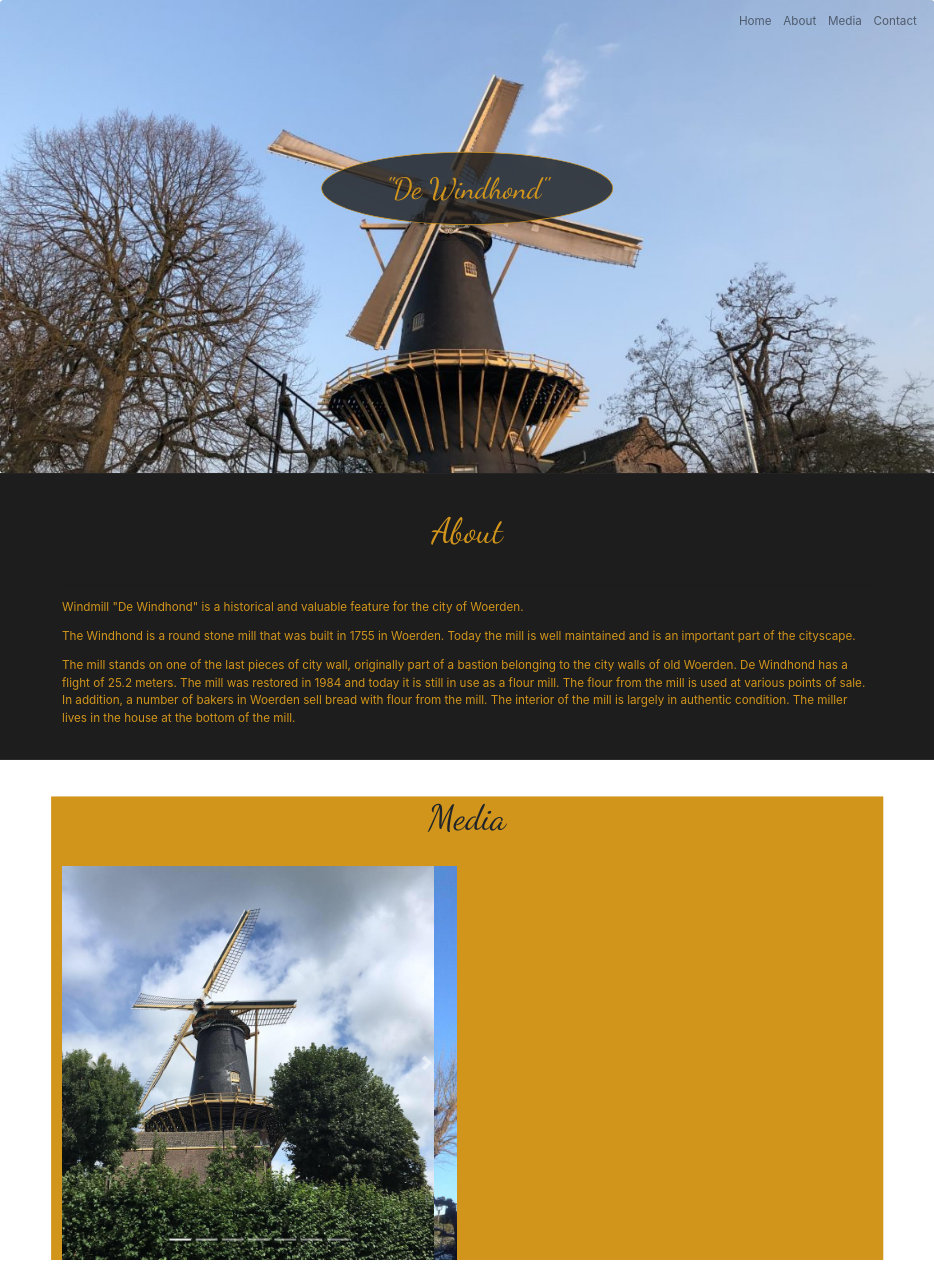
Repository: jdl208/DeWindhond
Page: index.html
The author's editor kept a record of every edit. The page is drawn from the files as they stood at one moment, then again after the next edit.
The browser window is 1280 px wide. The pictures show the whole page, at 73% of full size.
Pictures or frames that could not be fetched are drawn as grey boxes. Some web libraries are served in a nearby version.

Above is the page before.

### index.html
<!DOCTYPE html>
<html lang="en">

<head>
    <meta charset="UTF-8">
    <meta name="viewport" content="width=device-width, initial-scale=1.0">
    <meta http-equiv="X-UA-Compatible" content="ie=edge">
    <title>Windmill "De Windhond"</title>
    <link rel="stylesheet" href="https://stackpath.bootstrapcdn.com/bootstrap/4.3.1/css/bootstrap.min.css" integrity="sha384-ggOyR0iXCbMQv3Xipma34MD+dH/1fQ784/j6cY/iJTQUOhcWr7x9JvoRxT2MZw1T" crossorigin="anonymous">
    <link href="https://fonts.googleapis.com/css?family=Dancing+Script:400,700&display=swap" rel="stylesheet">
    <link rel="stylesheet" href="assets/css/style.css" type="text/css" />

</head>

<body>

    <!-- Header and Navigation-->

    <header class="jumbotron" id="home">
        <nav class="navbar fixed-top navbar-expand-lg navbar-light">
            <div class="navbar-brand" href="#"></div>
            <button class="navbar-toggler" type="button" data-toggle="collapse" data-target="#navbarTogglerDemo02" aria-controls="navbarTogglerDemo02" aria-expanded="false" aria-label="Toggle navigation">
                <span class="navbar-toggler-icon"></span>
            </button>

            <div class="collapse navbar-collapse" id="navbarTogglerDemo02">
                <ul class="navbar-nav ml-auto mt-2 mt-lg-0">
                    <li class="nav-item ml-auto">
                        <a class="nav-link" href="#home">Home <span class="sr-only">(current)</span></a>
                    </li>
                    <li class="nav-item ml-auto">
                        <a class="nav-link" href="#about">About</a>
                    </li>
                    <li class="nav-item ml-auto">
                        <a class="nav-link" href="#media">Media</a>
                    </li>
                    <li class="nav-item ml-auto">
                        <a class="nav-link" href="#contact">Contact</a>
                    </li>
                </ul>
            </div>
        </nav>
        <h1 class="name">"De Windhond"
        </h1>
    </header>

    <!-- About the Mill -->

    <section class="dark-bg-yellow-letters sectioncontainer" id="about">
        <div class="container about">
            <h2>About</h2>
            <hr>
            <p>Windmill "De Windhond" is a historical and valuable feature for the city of Woerden.</P>
            <p>The Windhond is a round stone mill that was built in 1755 in Woerden. Today the mill is well maintained and is an important part of the cityscape.</p>
            <p>The mill stands on one of the last pieces of city wall, originally part of a bastion belonging to the city walls of old Woerden. De Windhond has a flight of 25.2 meters. The mill was restored in 1984 and today it is still in use as a flour
                mill. The flour from the mill is used at various points of sale. In addition, a number of bakers in Woerden sell bread with flour from the mill. The interior of the mill is largely in authentic condition. The miller lives in the house
                at the bottom of the mill.
            </p>
        </div>
    </section>

    <section id="media" class="sectioncontainer">
        <div class="container mediabox">
            <H2>Media</H2>
            <div class="row">
                <div class="col-md-6 imagebox">
                    <div id="carouselExampleIndicators" class="carousel slide mediacarroussel" data-ride="carousel">
                        <ol class="carousel-indicators">
                            <li data-target="#carouselExampleIndicators" data-slide-to="0" class="active"></li>
                            <li data-target="#carouselExampleIndicators" data-slide-to="1"></li>
                            <li data-target="#carouselExampleIndicators" data-slide-to="2"></li>
                            <li data-target="#carouselExampleIndicators" data-slide-to="3"></li>
                            <li data-target="#carouselExampleIndicators" data-slide-to="4"></li>
                            <li data-target="#carouselExampleIndicators" data-slide-to="5"></li>
                            <li data-target="#carouselExampleIndicators" data-slide-to="6"></li>
                        </ol>
                        <div class="carousel-inner">
                            <div class="carousel-item active">
                                <img src="assets/images/img1.jpg" class="d-block" alt="...">
                            </div>
                            <div class="carousel-item">
                                <img src="assets/images/img2.jpg" class="d-block" alt="...">
                            </div>
                            <div class="carousel-item">
                                <img src="assets/images/img3.jpg" class="d-block" alt="...">
                            </div>
                            <div class="carousel-item">
                                <img src="assets/images/img4.jpg" class="d-block" alt="...">
                            </div>
                            <div class="carousel-item">
                                <img src="assets/images/img5.jpg" class="d-block" alt="...">
                            </div>
                            <div class="carousel-item">
                                <img src="assets/images/img6.jpg" class="d-block" alt="...">
                            </div>
                            <div class="carousel-item">
                                <img src="assets/images/img7.jpg" class="d-block" alt="...">
                            </div>
                        </div>
                        <a class="carousel-control-prev" href="#carouselExampleIndicators" role="button" data-slide="prev">
                        <span class="carousel-control-prev-icon" aria-hidden="true"></span>
                        <span class="sr-only">Previous</span>
                    </a>
                        <a class="carousel-control-next" href="#carouselExampleIndicators" role="button" data-slide="next">
                        <span class="carousel-control-next-icon" aria-hidden="true"></span>
                        <span class="sr-only">Next</span>
                    </a>
                    </div>
                </div>
                <div class="col-md-6">
                <iframe width="560" height="315" src="https://www.youtube.com/embed/lAjF5r5rAqM" frameborder="0" allow="accelerometer; autoplay; encrypted-media; gyroscope; picture-in-picture" allowfullscreen></iframe>
            </div>
        </div>
    </section>
    <section class="contact">

    </section>
    <footer>


    </footer>

    <script src="https://code.jquery.com/jquery-3.3.1.slim.min.js" integrity="sha384-q8i/X+965DzO0rT7abK41JStQIAqVgRVzpbzo5smXKp4YfRvH+8abtTE1Pi6jizo" crossorigin="anonymous"></script>
    <script src="https://cdnjs.cloudflare.com/ajax/libs/popper.js/1.14.7/umd/popper.min.js" integrity="sha384-UO2eT0CpHqdSJQ6hJty5KVphtPhzWj9WO1clHTMGa3JDZwrnQq4sF86dIHNDz0W1" crossorigin="anonymous"></script>
    <script src="https://stackpath.bootstrapcdn.com/bootstrap/4.3.1/js/bootstrap.min.js" integrity="sha384-JjSmVgyd0p3pXB1rRibZUAYoIIy6OrQ6VrjIEaFf/nJGzIxFDsf4x0xIM+B07jRM" crossorigin="anonymous"></script>
    <script src="https://kit.fontawesome.com/70761e8d6e.js"></script>

</body>

</html>

### assets/css/style.css
@import url('https://fonts.googleapis.com/css?family=Dancing+Script:400,700&display=swap');

/* ---------------------------------------------- Colors */

.bg-name {
    color: rgb(209, 149, 28);
    background-color: rgba(29, 29, 29, 0.8);
}

.dark-bg-yellow-letters {
    color: rgb(209, 149, 28);
    background-color: rgba(29, 29, 29, 1);
}

.block-divider {
    width: 75px;
    height: 5px;
    border: 0;
    border-radius: 15px;
}

.yellow-divider {
        background-color: rgb(209, 149, 28);
}

.dark-divider {
        background-color: rgb(29, 29, 29);
}

/* ---------------------------------------------- Heading */

h2,
h3 {
    font-family: "dancing script";
    text-align: center;
    font-size: 3rem;
    padding-bottom: 30px;
}

/* ---------------------------------------------- Header and navbar */

.navbar {
    background: none;
}

.navbar-light {
    color: rgba(29, 29, 29, 1);
}

.jumbotron {
    height: 90vh;
    background: url(../images/mill-outside-full.jpg);
    background-position: top;
    background-size: cover;
    background-repeat: no-repeat;
    margin-bottom: 0;
}

.name {
    color: rgb(209, 149, 28);
    background-color: rgba(29, 29, 29, 0.8);
    border: rgb(209, 149, 28) solid 1px;
    height: 100px;
    width: 400px;
    max-width: 75vw;
    padding-top: 25px;
    border-radius: 100%;
    margin: auto;
    margin-top: 20vh;
    text-align: center;
    font-family: "dancing script";
}

/* ---------------------------------------------- About */

/* ---------------------------------------------- Media */

.mediabox {
    background-color: rgb(209, 149, 28);
}

.carousel-item {
    height: 75vh;
    background-color: rgba(29, 29, 29, 0.2);
}

.sectioncontainer {
    padding-top: 50px;
    padding-bottom: 30px;
}

.carousel-item img {
    margin: auto;
    height: 75vh;
}

After the next edit:
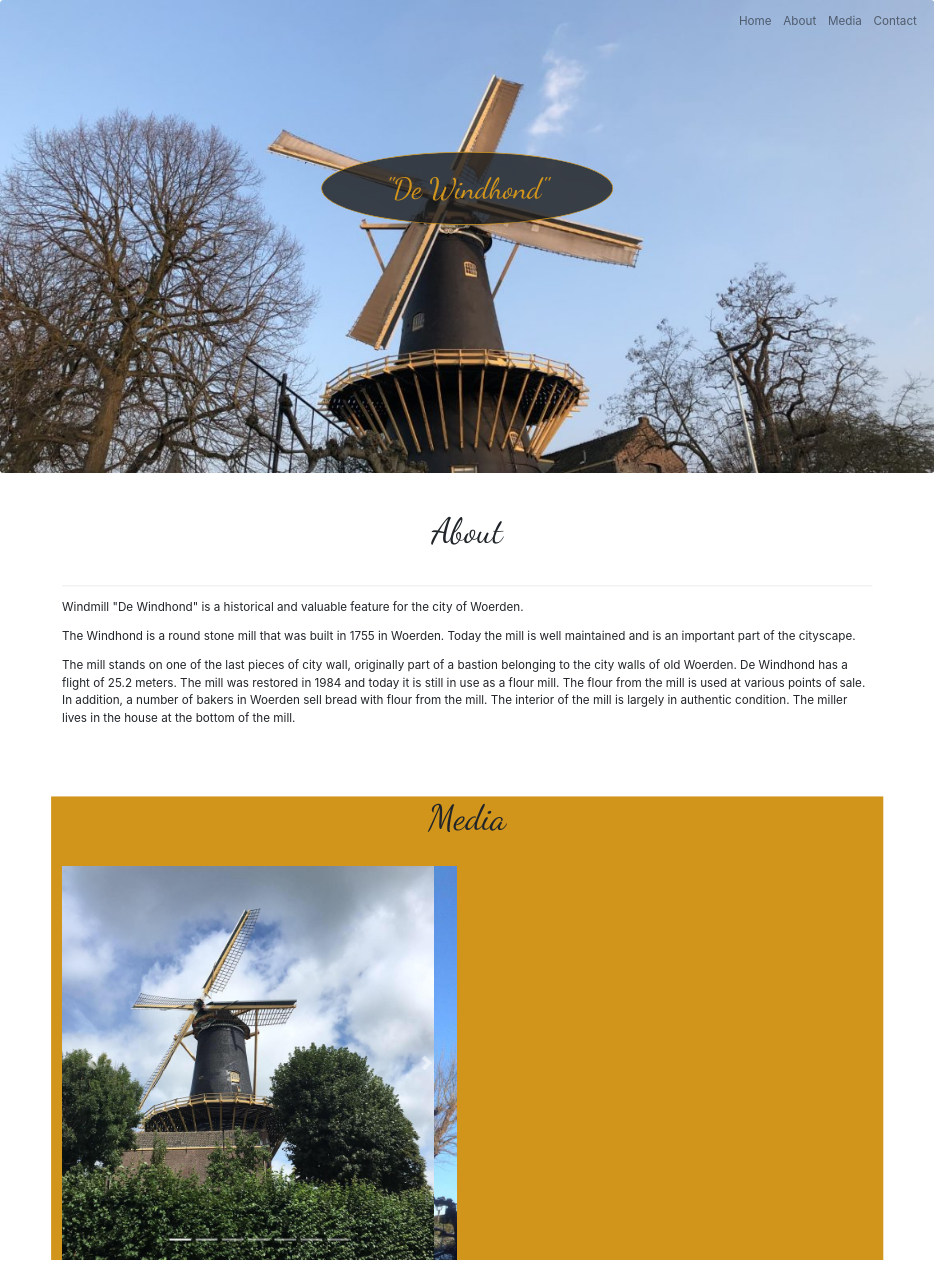
The edit:
--- a/assets/css/style.css
+++ b/assets/css/style.css
@@ -2,12 +2,7 @@
 
 /* ---------------------------------------------- Colors */
 
-.bg-name {
-    color: rgb(209, 149, 28);
-    background-color: rgba(29, 29, 29, 0.8);
-}
-
-.dark-bg-yellow-letters {
+.dark-bg {
     color: rgb(209, 149, 28);
     background-color: rgba(29, 29, 29, 1);
 }
